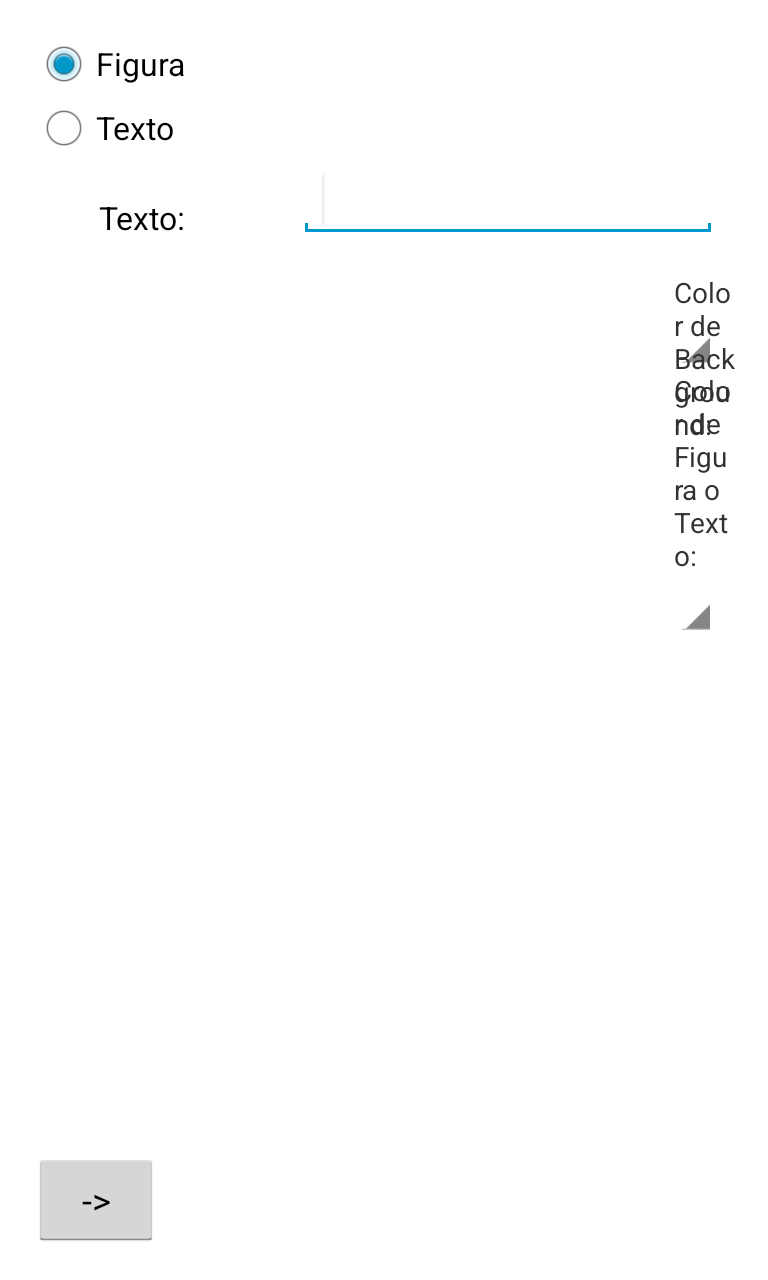
Repository: Anrai/android-app
Layout: Ejercicios/res/layout/activity_main.xml
These files come from the project's save history. The layout is drawn as it stood at one moment and after the next save; the edit follows.
It is drawn on a 768 x 1280 px phone screen (xhdpi) without system bars, with theme AppTheme; the app's code is not run. The app's manifest (not shown) leaves right-to-left support off. So textAlignment, textDirection and layoutDirection are ignored, and left and right values win over start and end ones.

Above is the layout before, as saved 2014-05-08 01:31:56.

### Ejercicios/res/layout/activity_main.xml
<RelativeLayout xmlns:android="http://schemas.android.com/apk/res/android"
    xmlns:tools="http://schemas.android.com/tools"
    android:layout_width="match_parent"
    android:layout_height="match_parent"
    android:paddingBottom="@dimen/activity_vertical_margin"
    android:paddingLeft="@dimen/activity_horizontal_margin"
    android:paddingRight="@dimen/activity_horizontal_margin"
    android:paddingTop="@dimen/activity_vertical_margin"
    tools:context=".MainActivity" >

    <RadioGroup
        android:id="@+id/radioGroup1"
        android:layout_width="wrap_content"
        android:layout_height="wrap_content"
        android:layout_alignParentLeft="true"
        android:layout_alignParentTop="true" >

        <RadioButton
            android:id="@+id/figura"
            android:layout_width="wrap_content"
            android:layout_height="wrap_content"
            android:checked="true"
            android:text="Figura" />

        <RadioButton
            android:id="@+id/texto"
            android:layout_width="wrap_content"
            android:layout_height="wrap_content"
            android:text="Texto" />
    </RadioGroup>

    <EditText
        android:id="@+id/textoEscrito"
        android:layout_width="wrap_content"
        android:layout_height="wrap_content"
        android:layout_below="@+id/radioGroup1"
        android:layout_marginLeft="56dp"
        android:layout_toRightOf="@+id/radioGroup1"
        android:ems="10" >

        <requestFocus />
    </EditText>

    <CheckedTextView
        android:id="@+id/checkedTextView1"
        android:layout_width="wrap_content"
        android:layout_height="wrap_content"
        android:layout_alignBottom="@+id/textoEscrito"
        android:layout_alignRight="@+id/radioGroup1"
        android:text="Texto:" />

    <Button
        android:id="@+id/enviar"
        android:layout_width="wrap_content"
        android:layout_height="wrap_content"
        android:layout_alignParentBottom="true"
        android:layout_alignParentLeft="true"
        android:onClick="enviar"
        android:text="->" />

    <Spinner
        android:id="@+id/background"
        android:layout_width="wrap_content"
        android:layout_height="wrap_content"
        android:layout_alignRight="@+id/textoEscrito"
        android:layout_below="@+id/textoEscrito"
        android:layout_marginTop="34dp" />

    <TextView
        android:id="@+id/textView1"
        android:layout_width="wrap_content"
        android:layout_height="wrap_content"
        android:layout_alignLeft="@+id/background"
        android:layout_below="@+id/textoEscrito"
        android:layout_marginTop="17dp"
        android:text="Color de Background:" />

    <TextView
        android:id="@+id/textView2"
        android:layout_width="wrap_content"
        android:layout_height="wrap_content"
        android:layout_alignLeft="@+id/background"
        android:layout_below="@+id/background"
        android:text="Color de Figura o Texto:" />

    <Spinner
        android:id="@+id/color"
        android:layout_width="wrap_content"
        android:layout_height="wrap_content"
        android:layout_alignLeft="@+id/textView2"
        android:layout_below="@+id/textView2" />

</RelativeLayout>

Loaded but not shown: Ejercicios/res/values/styles.xml (common file); Ejercicios/res/values-v11/styles.xml (common file); Ejercicios/res/values-v14/styles.xml (common file); Ejercicios/res/values/dimens.xml (common file)

After the next save:
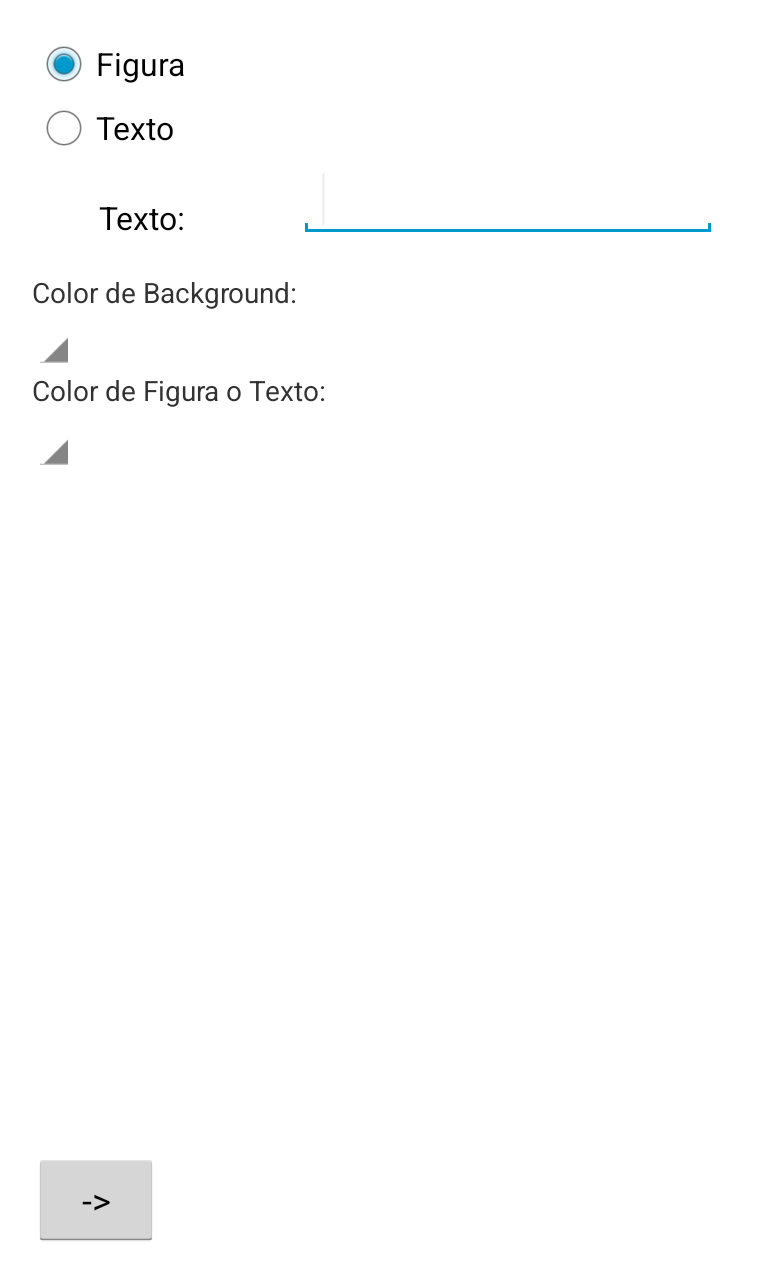
Saved 6 min 32 s later.
--- a/Ejercicios/res/layout/activity_main.xml
+++ b/Ejercicios/res/layout/activity_main.xml
@@ -62,8 +62,15 @@
         android:id="@+id/background"
         android:layout_width="wrap_content"
         android:layout_height="wrap_content"
-        android:layout_alignRight="@+id/textoEscrito"
+        android:layout_alignParentBottom="false"
+        android:layout_alignParentLeft="false"
+        android:layout_alignParentRight="false"
+        android:layout_alignParentTop="false"
+        android:layout_alignWithParentIfMissing="false"
         android:layout_below="@+id/textoEscrito"
+        android:layout_centerHorizontal="false"
+        android:layout_centerInParent="false"
+        android:layout_centerVertical="false"
         android:layout_marginTop="34dp" />
 
     <TextView
@@ -71,6 +78,7 @@
         android:layout_width="wrap_content"
         android:layout_height="wrap_content"
         android:layout_alignLeft="@+id/background"
+        android:layout_alignParentLeft="true"
         android:layout_below="@+id/textoEscrito"
         android:layout_marginTop="17dp"
         android:text="Color de Background:" />
